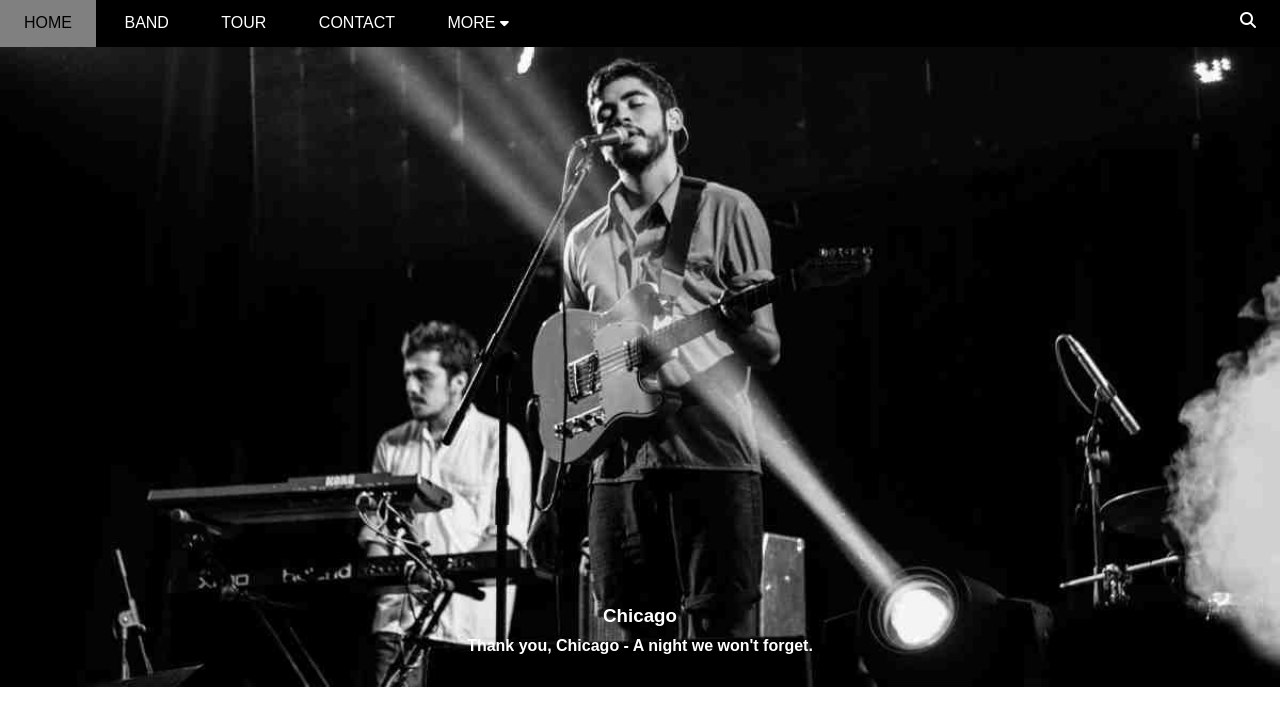
Repository: ngotranphuongbao/theband
Page: index.html
These files come from the project's save history. The page is drawn as it stood at one moment and after the next save; the edit follows.
The browser window is 1280 px wide. The pictures show the whole page.
Some web libraries are served in a nearby version.

Above is the page before, as saved 2022-12-21 07:54:06.

After the next save:
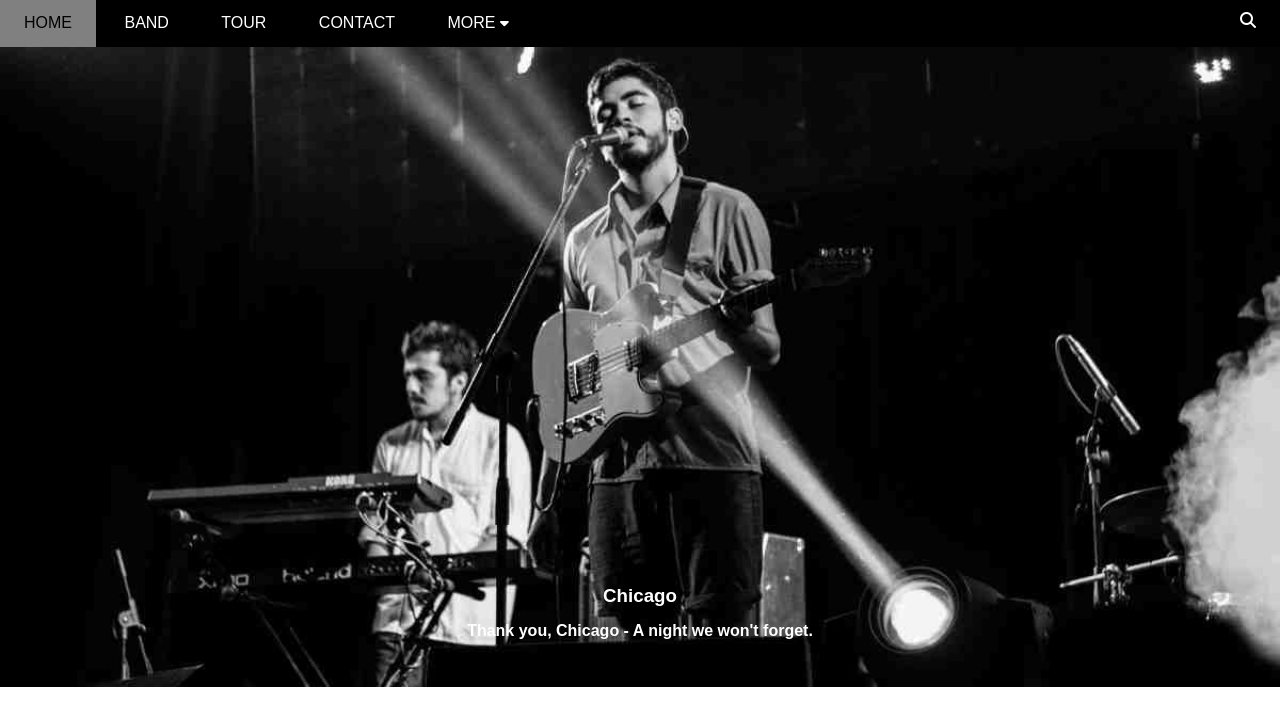
Saved 75 s later.
--- a/assets/css/style.css
+++ b/assets/css/style.css
@@ -113,6 +113,11 @@ html {
     margin: 10px;
 }
 
+#slider-caption p {
+    color: white;
+    margin: 15px;
+}
+
 #content {
 
 }
